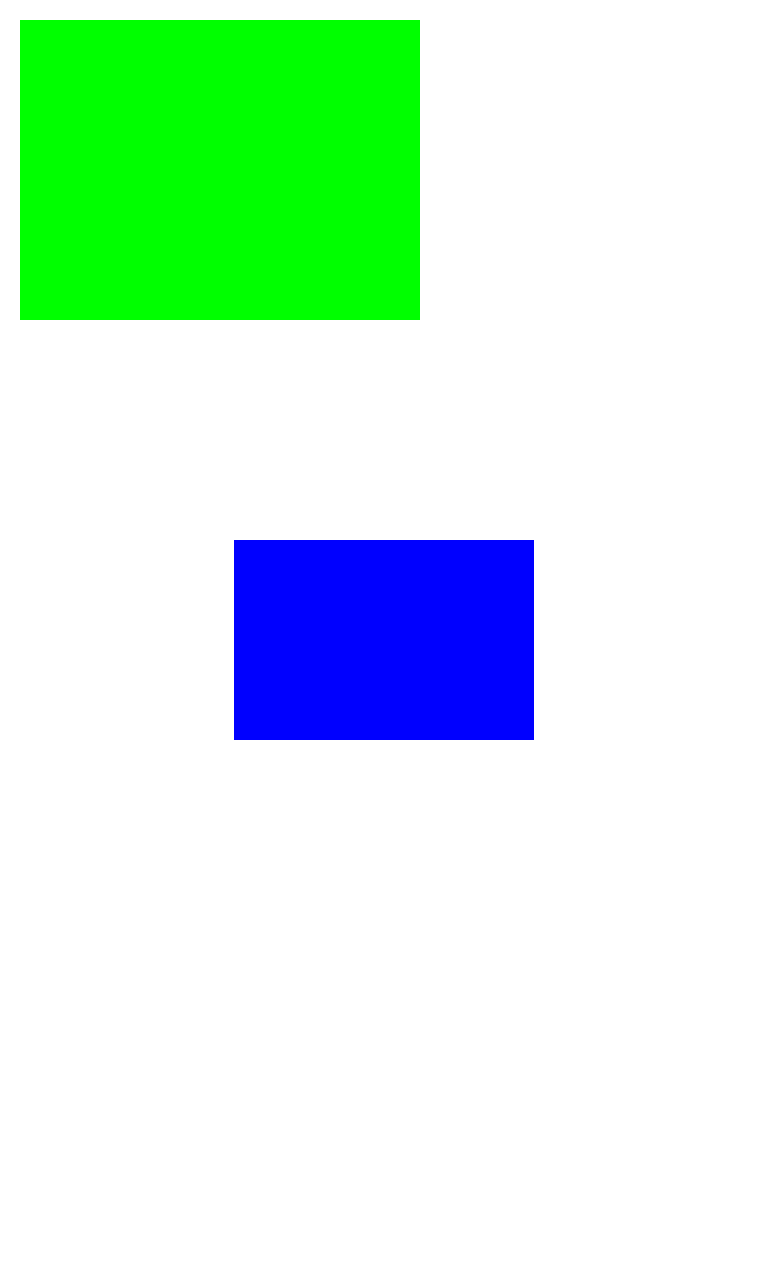
Repository: CiLiNet-Android/courseware
Layout: Android用户界面/布局管理器/SourceCodes/LayoutDemo/res/layout/activity_main.xml
The author's editor kept a copy of each file at every save. The layout is drawn from the files as they stood at one save, then again after a run of saves.
It is drawn on a 768 x 1280 px phone screen (xhdpi) without system bars, with theme AppTheme; the app's code is not run.

Above is the layout before, as saved 2014-02-21 08:40:43.

### Android用户界面/布局管理器/SourceCodes/LayoutDemo/res/layout/activity_main.xml
<?xml version="1.0" encoding="utf-8"?>
<FrameLayout xmlns:android="http://schemas.android.com/apk/res/android"
    android:layout_width="match_parent"
    android:layout_height="match_parent">

    <View
        android:layout_width="200dp"
        android:layout_height="150dp"
        android:background="#00FF00"
        android:layout_marginTop="10dp"
        android:layout_marginLeft="10dp"
        android:layout_gravity="left|top"/>

    <View
        android:layout_width="150dp"
        android:layout_height="100dp"
        android:background="#0000FF"
        android:layout_gravity="center"/>


</FrameLayout>

Loaded but not shown: Android用户界面/布局管理器/SourceCodes/LayoutDemo/res/values/styles.xml (common file)

After the next 2 saves:
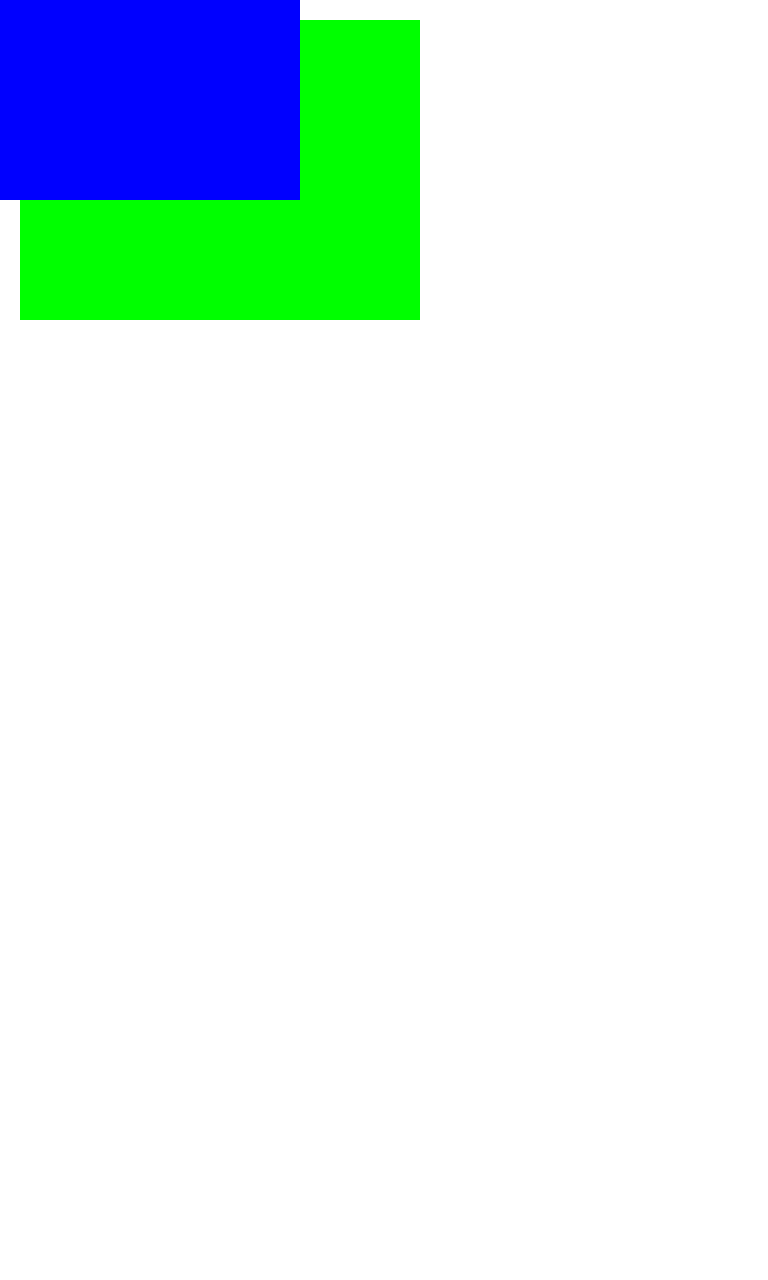
The 2 saves are shown as one change because 1 did not build or start.
The last was saved 15 min 0 s later.
--- a/Android用户界面/布局管理器/SourceCodes/LayoutDemo/res/layout/activity_main.xml
+++ b/Android用户界面/布局管理器/SourceCodes/LayoutDemo/res/layout/activity_main.xml
@@ -1,5 +1,5 @@
 <?xml version="1.0" encoding="utf-8"?>
-<FrameLayout xmlns:android="http://schemas.android.com/apk/res/android"
+<RelativeLayout xmlns:android="http://schemas.android.com/apk/res/android"
     android:layout_width="match_parent"
     android:layout_height="match_parent">
 
@@ -18,4 +18,4 @@
         android:layout_gravity="center"/>
 
 
-</FrameLayout>
+</RelativeLayout>
